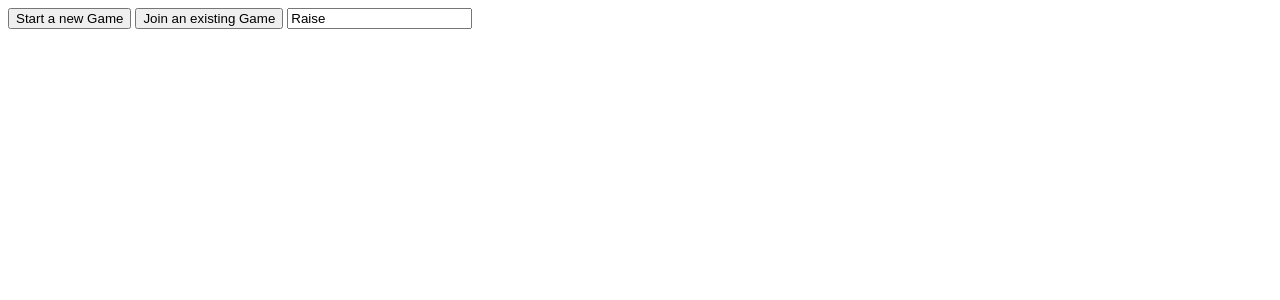
Repository: J2EEBeliever/ISA681_Poker2
Page: http://localhost/StrutsAjax/
The author's editor kept a copy of each file at every save. The page is drawn from the files as they stood at one save, then again after the next save.
The browser window is 1280 px wide. The pictures show the whole page.
The page is served by Tomcat 9. Nobody is signed in. The application's start-up code is not run.

Above is the page before, as saved 2015-12-04 17:24:10.

After the next save:
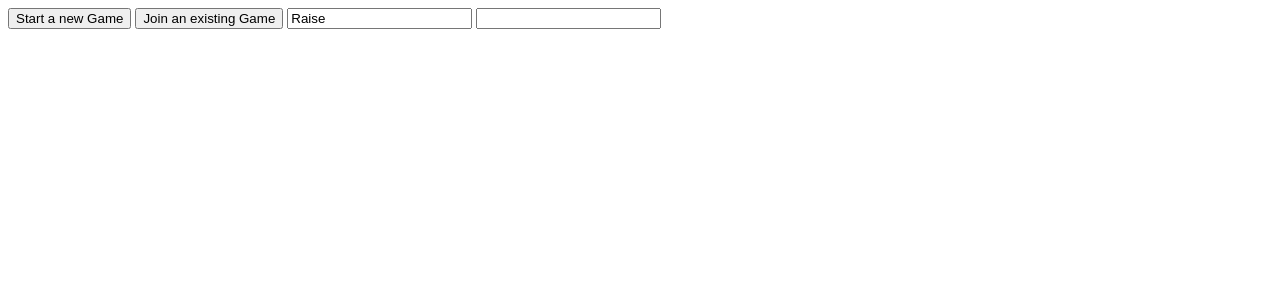
Saved 14 s later.
--- a/SOURCE/StrutsAjax/WebContent/index.jsp
+++ b/SOURCE/StrutsAjax/WebContent/index.jsp
@@ -274,7 +274,7 @@ $(document).ready(function() {
 	<!-- input type="button" value="Join an existing Game" id="buttonJoinGame" -->
 	<input type="button" value="Join an existing Game" id="buttonJoinGame2">
 
-	<input type="text" name = "raise" value = "Raise" id = "raise"  onclick="raise()"
+	<input type="text" name = "raise" value = "Raise" id = "raise"  onclick="raise()">
 	<input type "text" name "betAmount"  value "0" id = "betAmount">
 
 
